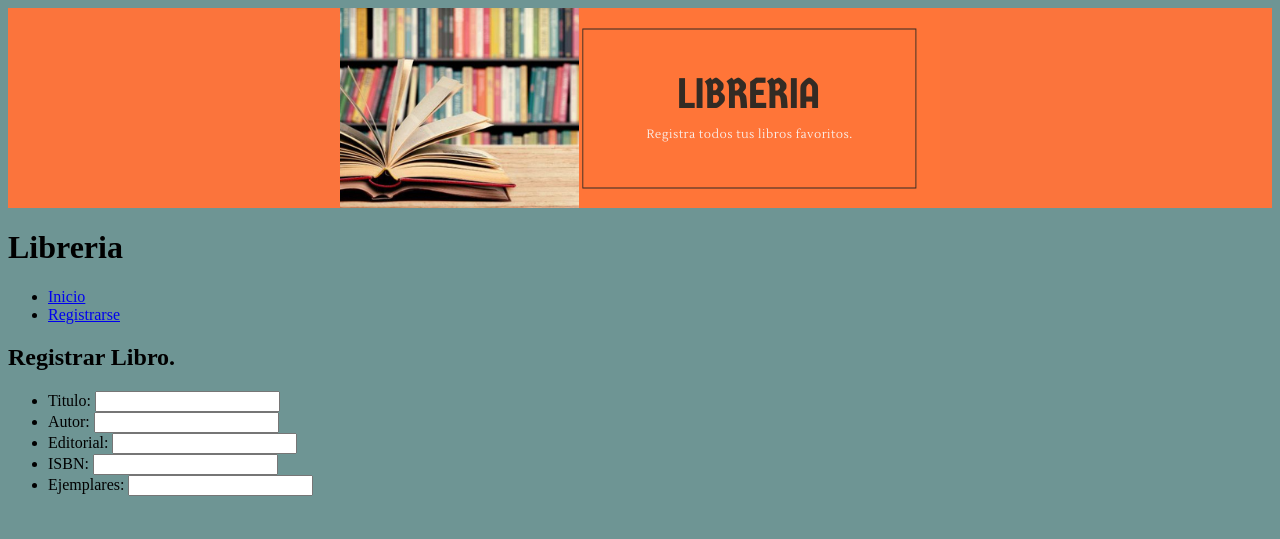
Repository: frnalonso/libreria
Page: src/main/resources/templates/registro.html
The author's editor kept a copy of each file at every save. The page is drawn from the files as they stood at one save, then again after the next save.
The browser window is 1280 px wide. The pictures show the whole page.

Above is the page before, as saved 2021-10-31 03:05:31.

### src/main/resources/templates/registro.html
<!DOCTYPE html>
<html lang="en">
<head>
    <meta charset="UTF-8">
    <meta http-equiv="X-UA-Compatible" content="IE=edge">
    <meta name="viewport" content="width=device-width, initial-scale=1.0">
    <title>Registro</title>
    <link rel="stylesheet" href="/src/main/resources/static/registrostyle.css">
</head>
<body>


    <header>
    <div id="banner">
    <img src="/src/main/resources/static/images/banner_libreria.png" id="imgbanner">
    </div>

    <hgroup>
        <h1>Libreria</h1>
    </hgroup>

    </header>

    <nav>
        <ul>
            <li><a href="/">Inicio</a></li>
            <li><a href="/registro">Registrarse</a></li>
        </ul>
    </nav>

    <section class="articles">
        <article>

            <h2>Registrar Libro.</h2>

            <div class="content">
                <form action="">
                    <ul>
                        <li><label for="">Titulo: </label><input type="text"></li>
                        <li><label for="">Autor: </label><input type="text"></li>
                        <li><label for="">Editorial: </label><input type="text"></li>
                        <li><label for="">ISBN: </label><input type="text"></li>
                        <li><label for="">Ejemplares: </label><input type="text"></li>
                    </ul>
                </form>
            </div>

        </article>
    </section>

</body>
</html>

### src/main/resources/static/registrostyle.css
body {
    background-color:  #6e9594;
}

div#banner {
width: 100%;
height: 200px;
background-color:  #fb743c;
}

img#imgbanner {
    display: block;
    margin: auto;
    width: 100%;
    max-width: 600px;
    min-width: 500px;
}

After the next save:
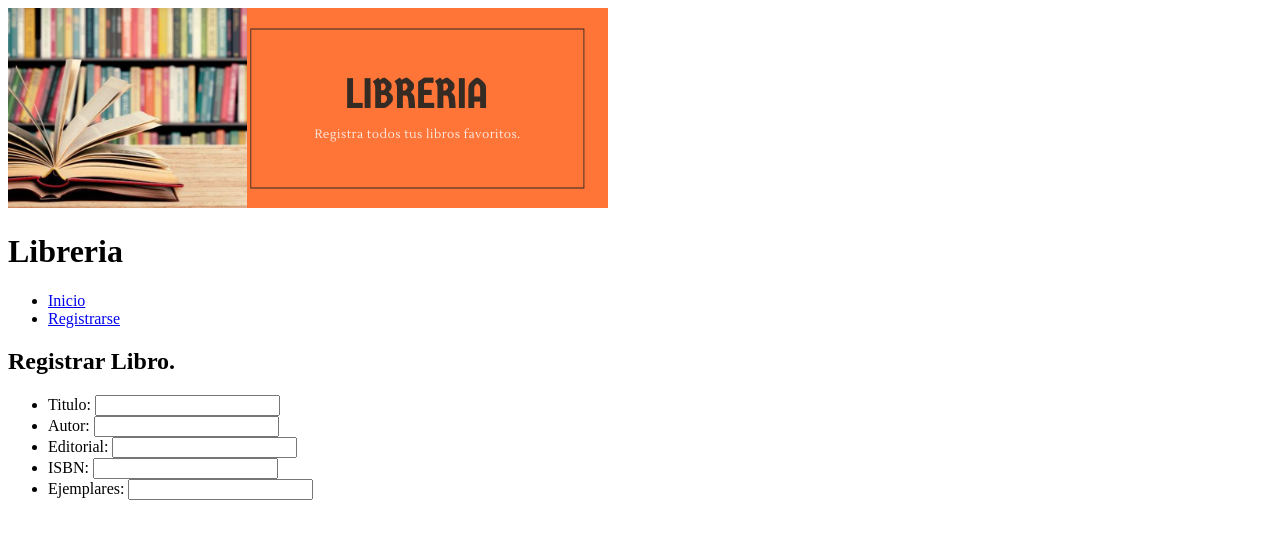
Not found: src/main/resources/templates/registrostyle.css
Saved 29 s later.
--- a/src/main/resources/templates/registro.html
+++ b/src/main/resources/templates/registro.html
@@ -4,8 +4,9 @@
     <meta charset="UTF-8">
     <meta http-equiv="X-UA-Compatible" content="IE=edge">
     <meta name="viewport" content="width=device-width, initial-scale=1.0">
+    <link rel="stylesheet" href="registrostyle.css">
     <title>Registro</title>
-    <link rel="stylesheet" href="/src/main/resources/static/registrostyle.css">
+
 </head>
 <body>
 

After the save that followed:
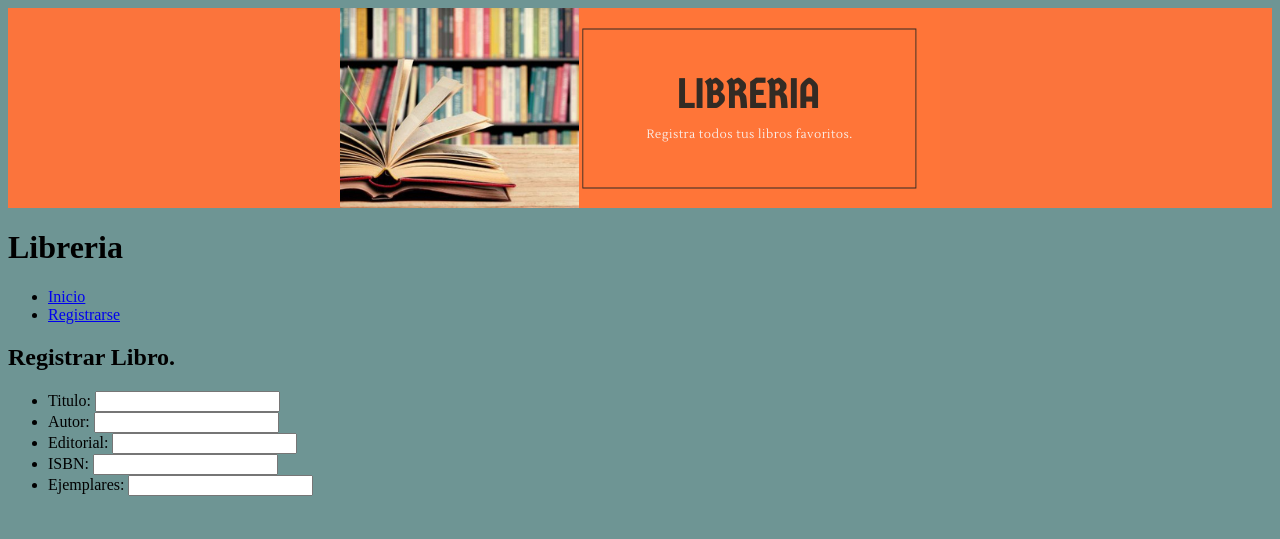
Saved 9 s later.
--- a/src/main/resources/templates/registro.html
+++ b/src/main/resources/templates/registro.html
@@ -4,7 +4,7 @@
     <meta charset="UTF-8">
     <meta http-equiv="X-UA-Compatible" content="IE=edge">
     <meta name="viewport" content="width=device-width, initial-scale=1.0">
-    <link rel="stylesheet" href="registrostyle.css">
+    <link rel="stylesheet" href="/src/main/resources/static/registrostyle.css">
     <title>Registro</title>
 
 </head>
